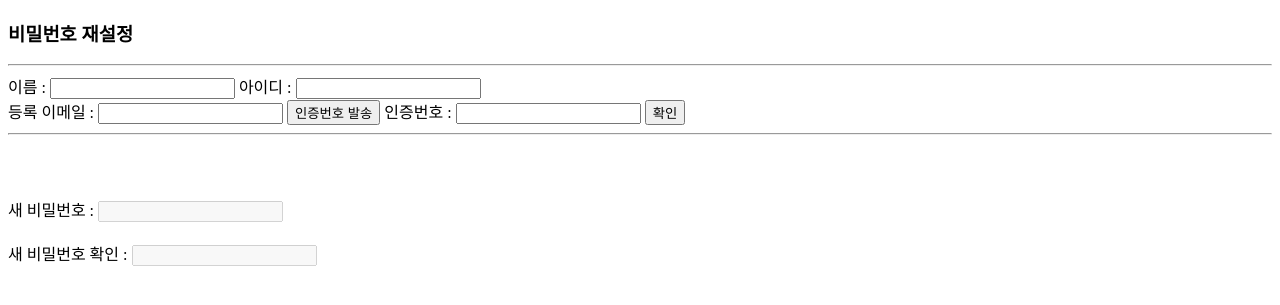
Repository: ssookkii/BusyBee
Page: http://localhost/BusyBee/WEB-INF/views/noTiles/newPassword.jsp
These files come from the project's save history. The page is drawn as it stood at one moment and after the next save; the edit follows.
The browser window is 1280 px wide. The pictures show the whole page.
The page is served by Tomcat 9. Nobody is signed in. Other server files are loaded and not shown. The template is opened directly, without the code that normally fills it, so the values that code supplies are empty.

Above is the page before, as saved 2023-03-18 07:48:01.

### BusyBee/src/main/webapp/WEB-INF/views/noTiles/newPassword.jsp
<%@ page language="java" contentType="text/html; charset=UTF-8"
    pageEncoding="UTF-8"%>
<!DOCTYPE html>
<html>
<head>
<meta charset="UTF-8">
<title>Insert title here</title>
<!-- AJAX -->
<script src="https://ajax.googleapis.com/ajax/libs/jquery/3.6.3/jquery.min.js"></script>
</head>
<body>
<h3>비밀번호 재설정</h3>
<hr>
이름 : <input type="text" id="name">
아이디 : <input type="text" id="id">
<br>
등록 이메일 : <input type="text" id="email">
<button type="button" onclick="isExist()">인증번호 발송</button>
인증번호 : <input type='text' id='certNum' > <button type='button' onclick='checkCert()' >확인</button>
<hr>

<br><br><br>
새 비밀번호 : <input type='text' id='pwd1' disabled="disabled">
<h3 id='pwdCheck1'></h3>
새 비밀번호 확인 : <input type='text' id='pwd2' disabled="disabled">
<h3 id='pwdCheck2'></h3>

<table>
	<tbody id="tBody">
	</tbody>
</table>

<script type="text/javascript">

function isExist(){

	// 이메일 정규식
	var emailValid = /^[0-9a-zA-Z]([-_.]?[0-9a-zA-Z])*@[0-9a-zA-Z]([-_.]?[0-9a-zA-Z])*.[a-zA-Z]{2,3}$/i;
	var userEmail = $("#email").val();
	if(!emailValid.test(userEmail)) {
		alert('유효한 이메일을 입력해주세요.');
		$("#email").val('');
		return;
	}

	$.ajax({
		url : "findforPwd.do",
		type : "post",
		data : {"id" : $("#id").val(), "name" : $("#name").val(), "email" : $("#email").val()},
		success : function(msg) {
			if(msg=="findforPwd_SUCCESS") {
				$("#id").attr('disabled', true);
				$("#name").attr('disabled', true);
				$("#email").attr('disabled', true);
				doCert();
			} else {
				alert('정보를 다시 확인해주세요');
			}
		},
		error : function(msg) {
			alert('error');
		}
	});
}

function doCert() {

	var userEmail = $("#email").val();

	$.ajax({
		url : "select3.do",
		async:false,
		type : 'get',
		data : {"cert_email" : userEmail},
		success : function(msg) {
			if(msg=="cert3_FAIL"){
				alert('일일 최대 인증횟수 3회를 초과했습니다. 다음에 다시 시도해주세요.');
				location.href='loginMain.do';
				return;
			}
		},
		error : function(){
			alert('error');
		}
	})

	$.ajax({
			url : "mailCheck.do",
			type : 'get',
			data : {"email" : userEmail, "purpose" : "find"},
			success : function(data) {
				$("#certNum").attr('disabled',false);
				alert('인증번호가 전송되었습니다. 인증은 일일 3회까지 가능합니다.');
				authkey = data;
			},
			error : function(){
				alert('error');
			}
		});
}

function checkCert(){

	var userEmail = $("#email").val();
	$.ajax({
		type : 'get',
		url : "selectCert.do",
		data : {"cert_email" : userEmail, "authkey" : $("#certNum").val()},
		success : function(msg) {
			if(msg!=null && msg!=""){
				if(msg=="cert_SUCCESS") {
					alert("인증되었습니다. 이어서 비밀번호를 재설정해주세요.");
					$("#certNum").attr('disabled', true);
					$("#pwd1").attr('disabled', true);
					$("#pwd2").attr('disabled', true);
				} else {
					$("certNum").val('');
					alert("잘못된 인증번호입니다. 다시 확인해주세요");
				}
			}
		},
		error : function() {
			alert('error');
		}
	});
}

$(document).ready(function(){
$("#pwd1").keyup(function(e){

	let key = e.key || e.keyCode;

	if($("#pwd1").val()=="") {
		$("#pwdCheck1").text('');
		$("#pwdCheck2").text('');
		pwd1_OK=false;
		pwd2_OK=false;
		return;
	}

	if(key==" " || key==32) {
		alert('비밀번호에는 공백이 들어갈 수 없습니다.');
		$("#pwd1").val('');
		$("#pwdCheck1").text('');
		pwd1_OK=false;
		return;
	}

	if($("#pwd1").val()==$("#pwd2").val()) {
		$("#pwdCheck2").text('동일합니다.');
		pwd2_OK=true;
	} else{
		$("#pwdCheck2").text('');
		pwd2_OK=false;
	}

	// PWD 유효성 검사
	var pwd1 = $("#pwd1").val();
	var numValid = pwd1.search(/[0-9]/g);
	var engValid = pwd1.search(/[a-z]/ig);
	var speValid = pwd1.search(/[`~!@@#$%^&*|₩₩₩'₩";:₩/?]/gi);

	if (pwd1.length<8 || pwd1.length>20) {
		$("#pwdCheck1").text('비밀번호는 6~20자로 설정해주세요.');
		pwd1_OK=false;
	} else if(numValid < 0 || engValid < 0 || speValid < 0 ){
		$("#pwdCheck1").text('비밀번호에는 숫자, 영문, 특수문자가 모두 포함되어있어야 합니다.');
		pwd1_OK=false;
	} else {
		$("#pwdCheck1").text('사용가능한 비밀번호입니다.');
		pwd1_OK=true;
	}

});

// PWD(2/2)

$("#pwd2").keyup(function(){

	if($("#pwd2").val()=="") {
		$("#pwdCheck2").text('');
		pwd2_OK=false;
		return;
	}

	if($("#pwd1").val()!=$("#pwd2").val()) {
		$("#pwdCheck2").text('동일한 비밀번호를 입력해주세요.');
		pwd2_OK=false;
	} else {
		$("#pwdCheck2").text('동일합니다.');
		pwd2_OK=true;
	}

});
});
</script>


</body>
</html>

After the next save:
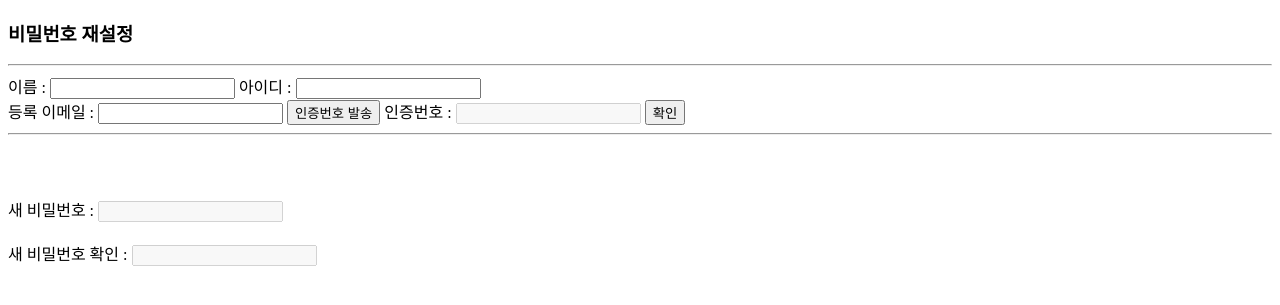
Saved 23 s later.
--- a/BusyBee/src/main/webapp/WEB-INF/views/noTiles/newPassword.jsp
+++ b/BusyBee/src/main/webapp/WEB-INF/views/noTiles/newPassword.jsp
@@ -16,7 +16,7 @@
 <br>
 등록 이메일 : <input type="text" id="email">
 <button type="button" onclick="isExist()">인증번호 발송</button>
-인증번호 : <input type='text' id='certNum' > <button type='button' onclick='checkCert()' >확인</button>
+인증번호 : <input type='text' id='certNum' disabled="disabled"> <button type='button' onclick='checkCert()' >확인</button>
 <hr>
 
 <br><br><br>
